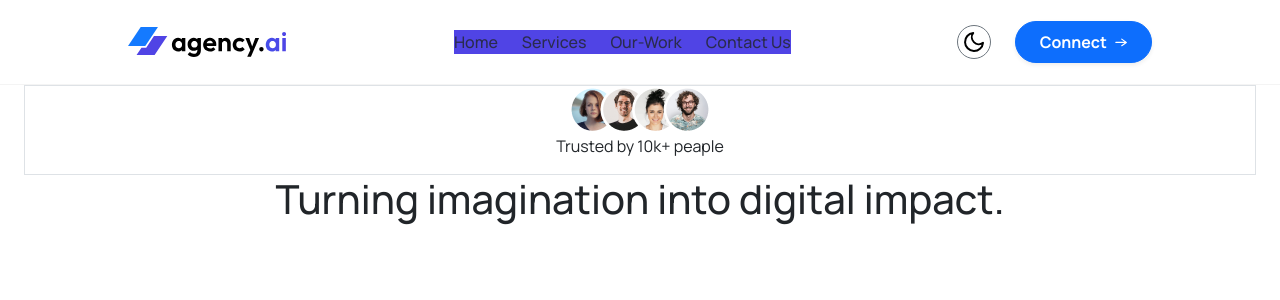
Repository: RAMADAN975/modern-agency-portfolio
Page: /
These files come from the project's save history. The page is drawn as it stood at one moment and after the next save; the edit follows.
The browser window is 1280 px wide. The pictures show the whole page.
The project was rebuilt for these pictures with package versions that can differ from the ones it lists, and the page was loaded fresh each time. Also part of the build but not shown: vite.config.js.

Above is the page before, as saved 2026-03-23 21:04:52.

### index.html
<!doctype html>
<html lang="en">

<head>
  <meta charset="UTF-8" />
  <link rel="icon" type="image/svg+xml" href="/favicon.svg" />
  <meta name="viewport" content="width=device-width, initial-scale=1.0" />
  <title>Agency.AI - GreatStack</title>
</head>

<body>
  <div id="root"></div>
  <script type="module" src="/src/main.jsx"></script>
</body>

</html>

### src/main.jsx
import { StrictMode } from 'react'
import { createRoot } from 'react-dom/client'
import 'bootstrap/dist/css/bootstrap.min.css';
import './index.css'
import App from './App.jsx'

createRoot(document.getElementById('root')).render(
  <StrictMode>
    <App />
  </StrictMode>,
)

### src/index.css
/* 1. الخطوط والأساسيات */
@import url('https://fonts.googleapis.com/css2?family=Josefin+Sans:wght@400;600&family=Manrope:wght@400;500;700&display=swap');

* {
  font-family: "Manrope", sans-serif;
  transition: background-color 0.3s ease, color 0.3s ease;
}

/* 2. تنسيق الـ Navbar العام */
.nav-container {
  padding-left: 5%;
  padding-right: 5%;
  height: 85px;
}

.blur-nav {
  backdrop-filter: blur(15px);
  -webkit-backdrop-filter: blur(15px);
  border-bottom: 1px solid rgba(150, 150, 150, 0.1);
}

/* ألوان الخلفية حسب الثيم (بوتستراب 5.3) */
[data-bs-theme="light"] .blur-nav {
  background-color: rgba(255, 255, 255, 0.85);
}

[data-bs-theme="dark"] .blur-nav {
  background-color: rgba(17, 24, 39, 0.85);
}

/* 3. اللوجو والروابط */
.logo-img {
  width: 8.5rem;
}

@media (min-width: 576px) {
  .logo-img {
    width: 10rem;
  }

  .nav-container {
    padding-left: 10%;
    padding-right: 10%;
  }
}

.nav-link-custom {
  font-weight: 500;
  opacity: 0.8;
  transition: 0.2s;
}

.nav-link-custom:hover {
  opacity: 1;
  color: #5044E5 !important;
}

/* 4. القائمة الجانبية للموبايل (Mobile Sidebar) */
@media (max-width: 575.98px) {
  .mobile-sidebar {
    position: fixed;
    top: 0;
    bottom: 0;
    right: 0;
    height: 100vh;
    z-index: 1050;
    background-color: #5044E5;
    /* لون الـ Primary */
    color: white !important;
    transition: width 0.4s cubic-bezier(0.4, 0, 0.2, 1);
    display: flex;
    flex-direction: column;
    padding-top: 6rem;
  }

  .sidebar-closed {
    width: 0;
    overflow: hidden;
    opacity: 0;
  }

  .sidebar-open {
    width: 260px;
    padding-left: 2.5rem;
    opacity: 1;
  }

  .mobile-sidebar a {
    color: white !important;
    font-size: 1.2rem;
  }
}

### src/App.jsx
import React, { useState } from 'react'
import Navbar from './Components/navbar'
import Hero from './Components/Hero'

const App = () => {

  const [theme, setTheme] = useState(localStorage.getItem('theme') ? localStorage.getItem('theme') : 'light')

  return (
    <div className='dark:bg-black relative'>
      <Navbar theme={theme} setTheme={setTheme} />
      <Hero />
    </div>
  )
}

export default App

### src/Components/navbar.jsx
import { useState } from 'react'
import assets from '../assets/assets'
import ThemeToggleBtn from './ThemeToggleBtn'

const Navbar = ({ theme, setTheme }) => {
    const [sidebarOpen, setSidebarOpen] = useState(false)

    return (
        <nav className="d-flex justify-content-between align-items-center w-100 sticky-top z-3 blur-nav nav-container">

            {/* اللوجو */}
            <img
                src={theme === 'dark' ? assets.logo_dark : assets.logo}
                className="logo-img"
                alt="Logo"
            />

            {/* القائمة (الروابط) - تتحول لـ Sidebar في الموبايل */}
            <div className={`d-flex flex-column flex-sm-row gap-3 gap-sm-4 align-items-sm-center mobile-sidebar ${!sidebarOpen ? 'sidebar-closed' : 'sidebar-open'}`}>

                {/* زر الإغلاق في الموبايل فقط */}
                <img
                    src={assets.close_icon}
                    alt="close"
                    className="d-sm-none position-absolute"
                    style={{ width: '20px', right: '20px', top: '20px', cursor: 'pointer' }}
                    onClick={() => setSidebarOpen(false)}
                />

                <a onClick={() => setSidebarOpen(false)} href="#" className="text-decoration-none text-reset nav-link-custom">Home</a>
                <a onClick={() => setSidebarOpen(false)} href="#services" className="text-decoration-none text-reset nav-link-custom">Services</a>
                <a onClick={() => setSidebarOpen(false)} href="#our-work" className="text-decoration-none text-reset nav-link-custom">Our-Work</a>
                <a onClick={() => setSidebarOpen(false)} href="#contact-us" className="text-decoration-none text-reset nav-link-custom">Contact Us</a>
            </div>

            {/* الأزرار اليمنى (Toggle + Connect) */}
            <div className="d-flex align-items-center gap-2 gap-sm-4">
                <ThemeToggleBtn theme={theme} setTheme={setTheme} />

                {/* أيقونة المنيو للموبايل */}
                <img
                    src={theme === 'dark' ? assets.menu_icon_dark : assets.menu_icon}
                    alt="menu"
                    onClick={() => setSidebarOpen(true)}
                    className="d-sm-none"
                    style={{ width: '30px', cursor: 'pointer' }}
                />

                <a href="#contact-us" className="btn btn-primary rounded-pill d-none d-sm-flex align-items-center gap-2 px-4 py-2 shadow-sm fw-bold">
                    Connect <img src={assets.arrow_icon} width={12} alt="" />
                </a>
            </div>
        </nav>
    )
}

export default Navbar

### src/Components/Hero.jsx
import React from 'react'
import assets from '../assets/assets'

const Hero = () => {
    return (
        <div id='hero' className='flex flex-col items-center gap-6 py-20 px-4 sm:px-12 lg:px-24 xl:px-40 text-center w-full overflow-hidden text-gray-700 dak:text-white'>

            <div className='inline-flex items-center gap-2 border border-gray-300 p-1.5 pr-4 rounded-full'>
                <img className='w-20' src={assets.group_profile} alt="" />
                <p className='text-us font-medium'>Trusted by 10k+ peaple</p>
            </div>

            <h1>Turning imagination into <span className='bg-gradient-to-r from-[#5044Es] to-[#4d8cea] bg-clip-text'>digital</span> impact. </h1>

        </div>
    )
}

export default Hero

### src/assets/assets.js
import logo from './logo.svg'
import arrow_icon from './arrow_icon.svg'
import group_profile from './group_profile.png'
import bgImage1 from './bgImage1.png'
import bgImage2 from './bgImage2.png'
import hero_img from './hero_img.png'
import microsoft_logo from './microsoft_logo.png'
import zoom_logo from './zoom_logo.png'
import rakuten_logo from './rakuten_logo.png'
import coinbase_logo from './coinbase_logo.png'
import ads_icon from './ads_icon.svg'
import content_icon from './content_icon.svg'
import marketing_icon from './marketing_icon.svg'
import social_icon from './social_icon.svg'
import menu_icon from './menu_icon.svg'
import close_icon from './close_icon.svg'
import work_mobile_app from './work_mobile_app.png'
import work_fitness_app from './work_fitness_app.png'
import work_dashboard_management from './work_dashboard_management.png'
import email_icon from './email_icon.svg'
import person_icon from './person_icon.svg'
import facebook_icon from './facebook_icon.svg'
import twitter_icon from './twitter_icon.svg'
import instagram_icon from './instagram_icon.svg'
import linkedin_icon from './linkedin_icon.svg'
import logo_dark from './logo_dark.svg'
import airbnb_logo from './airbnb_logo.svg'
import google_logo from './google_logo.svg'
import menu_icon_dark from './menu_icon_dark.svg'
import sun_icon from './sun_icon.svg'
import moon_icon from './moon_icon.svg'


export const company_logos = [
  microsoft_logo,
  zoom_logo,
  rakuten_logo,
  coinbase_logo,
  airbnb_logo,
  google_logo,
]

const assets = {
  logo,
  arrow_icon,
  group_profile,
  bgImage1,
  bgImage2,
  hero_img,
  ads_icon,
  content_icon,
  marketing_icon,
  social_icon,
  menu_icon,
  close_icon,
  work_mobile_app,
  work_fitness_app,
  work_dashboard_management,
  email_icon,
  person_icon,
  facebook_icon,
  twitter_icon,
  instagram_icon,
  linkedin_icon,
  logo_dark,
  menu_icon_dark,
  sun_icon,
  moon_icon
}

export default assets

export const teamData = [
  { name: 'Haley Carter', title: 'CEO & founder', image: 'https://images.unsplash.com/photo-1633332755192-727a05c4013d?q=80&w=200' },
  { name: 'James Walker', title: 'Ads manager', image: 'https://images.unsplash.com/photo-1535713875002-d1d0cf377fde?q=80&w=200' },
  { name: 'Jessica Morgan', title: 'Vice president', image: 'https://images.unsplash.com/photo-1438761681033-6461ffad8d80?q=80&w=200&h=200&auto=format&fit=crop' },
  { name: 'Ashley Bennett', title: 'Marketing & sales', image: 'https://randomuser.me/api/portraits/women/10.jpg' },
  { name: 'Emily Parker', title: 'Content marketer', image: 'https://randomuser.me/api/portraits/women/11.jpg' },
  { name: 'Ryan Mitchell', title: 'Content writer', image: 'https://randomuser.me/api/portraits/men/9.jpg' },
  { name: 'Megan Brooks', title: 'Performance manager', image: 'https://randomuser.me/api/portraits/women/12.jpg' },
  { name: 'Amber Foster', title: 'Senior writer', image: 'https://randomuser.me/api/portraits/women/14.jpg' },
]

### src/Components/ThemeToggleBtn.jsx
import { useEffect } from 'react'
import assets from '../assets/assets'

const ThemeToggleBtn = ({ theme, setTheme }) => {

    useEffect(() => {
        // التحقق من التفضيل المحفوظ أو تفضيل النظام
        const savedTheme = localStorage.getItem('theme');
        const prefersDarkMode = window.matchMedia('(prefers-color-scheme: dark)').matches;

        const initialTheme = savedTheme || (prefersDarkMode ? 'dark' : 'light');
        setTheme(initialTheme);
    }, []);

    useEffect(() => {
        if (theme) {
            // بوتستراب v5.3 يعتمد على سمة data-bs-theme بدلاً من كلاس dark
            document.documentElement.setAttribute('data-bs-theme', theme);

            // للحفاظ على التوافق مع أي تنسيقات قديمة تعتمد على الكلاس
            if (theme === 'dark') {
                document.documentElement.classList.add('dark');
            } else {
                document.documentElement.classList.remove('dark');
            }

            localStorage.setItem('theme', theme);
        }
    }, [theme]);

    return (
        <button className="btn p-0 border-0 shadow-none" type="button">
            {theme === 'dark' ? (
                <img
                    onClick={() => setTheme('light')}
                    src={assets.sun_icon}
                    className="border border-secondary rounded-circle p-1"
                    style={{ width: '34px', height: '34px', objectFit: 'contain' }}
                    alt="Light Mode"
                />
            ) : (
                <img
                    onClick={() => setTheme('dark')}
                    src={assets.moon_icon}
                    className="border border-secondary rounded-circle p-1"
                    style={{ width: '34px', height: '34px', objectFit: 'contain' }}
                    alt="Dark Mode"
                />
            )}
        </button>
    )
}

export default ThemeToggleBtn;

After the next save:
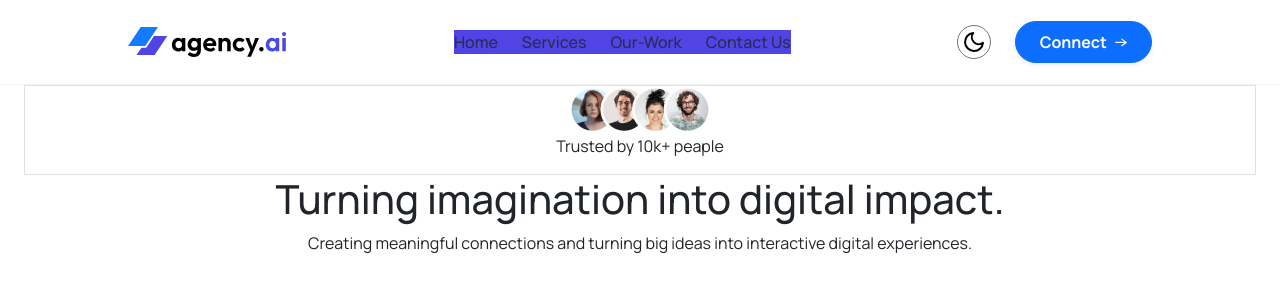
Saved 4 min 1 s later.
--- a/src/Components/Hero.jsx
+++ b/src/Components/Hero.jsx
@@ -12,6 +12,8 @@
 
             <h1>Turning imagination into <span className='bg-gradient-to-r from-[#5044Es] to-[#4d8cea] bg-clip-text'>digital</span> impact. </h1>
 
+            <p className='text-sm sm:text-lg font-medium text-gray-500 dark:text-white/75 max-w-4/5 sm:max-w-lg pb-3'>Creating meaningful connections and turning big ideas into interactive digital experiences.</p>
+
         </div>
     )
 }
